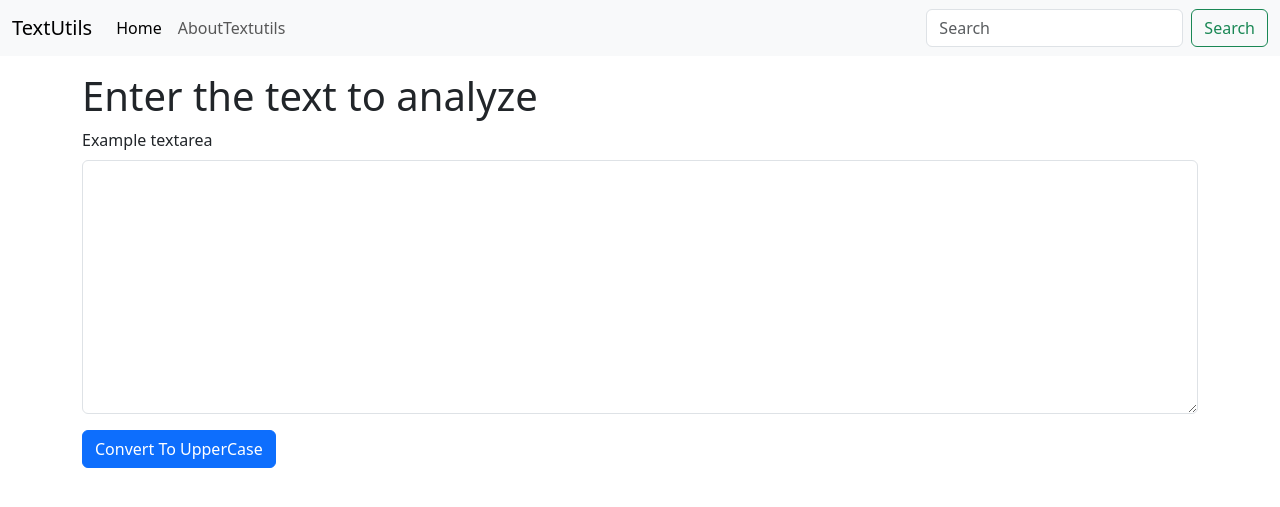
Repository: Rohit-foryou/Text-Utils
Page: /
An editor plug-in stored every save of this project. The page is shown before and after the next save, followed by the edit.
The browser window is 1280 px wide. The pictures show the whole page.
The project was rebuilt for these pictures with package versions that can differ from the ones it lists, and the page was loaded fresh each time. Also part of the build but not shown: src/index.css, src/App.css.

Above is the page before, as saved 2023-12-20 20:44:51.

### public/index.html
<!DOCTYPE html>
<html lang="en">
  <head>
    <meta charset="utf-8" />
    <link rel="icon" href="%PUBLIC_URL%/favicon.ico" />
    <meta name="viewport" content="width=device-width, initial-scale=1" />
    <meta name="theme-color" content="#000000" />
    <meta
      name="description"
      content="Web site created using create-react-app"
    />
    <link rel="apple-touch-icon" href="%PUBLIC_URL%/logo192.png" />
    <link rel="manifest" href="%PUBLIC_URL%/manifest.json" />

    <!-- Bootstrap CSS -->
    <link href="https://cdn.jsdelivr.net/npm/bootstrap@5.3.2/dist/css/bootstrap.min.css" rel="stylesheet" integrity="sha384-T3c6CoIi6uLrA9TneNEoa7RxnatzjcDSCmG1MXxSR1GAsXEV/Dwwykc2MPK8M2HN" crossorigin="anonymous">

    <title>React App</title>
  </head>
  <body>
    <noscript>You need to enable JavaScript to run this app.</noscript>
    <div id="root"></div>

    <script src="https://cdn.jsdelivr.net/npm/bootstrap@5.3.2/dist/js/bootstrap.bundle.min.js" integrity="sha384-C6RzsynM9kWDrMNeT87bh95OGNyZPhcTNXj1NW7RuBCsyN/o0jlpcV8Qyq46cDfL" crossorigin="anonymous"></script>
  </body>
</html>

### src/App.js
import "./App.css";
import Navbar from "./components/Navbar";
import TextForm from "./components/TextForm";


function App() {
  return (
    <>
      <Navbar title = "TextUtils" aboutText = "AboutTextutils"/>
      <div className="container my-3">
      <TextForm heading = "Enter the text to analyze"/>
      </div>
    </>
  );
}

export default App;

### src/components/Navbar.js
import React from 'react'
import PropTypes from 'prop-types'


export default function Navbar(props) {
  return (
    <nav className="navbar navbar-expand-lg bg-body-tertiary">
        <div className="container-fluid">
          <a className="navbar-brand" href="/">{props.title}</a>
          <button className="navbar-toggler" type="button" data-bs-toggle="collapse" data-bs-target="#navbarSupportedContent" aria-controls="navbarSupportedContent" aria-expanded="false" aria-label="Toggle navigation">
            <span className="navbar-toggler-icon"></span>
          </button>
          <div className="collapse navbar-collapse" id="navbarSupportedContent">
            <ul className="navbar-nav me-auto mb-2 mb-lg-0">
              <li className="nav-item">
                <a className="nav-link active" aria-current="page" href="/">Home</a>
              </li>
              <li className="nav-item">
                <a className="nav-link" href="/">{props.aboutText}</a>
              </li>
            </ul>
            <form className="d-flex" role="search">
              <input className="form-control me-2" type="search" placeholder="Search" aria-label="Search"/>
              <button className="btn btn-outline-success" type="submit">Search</button>
            </form>
          </div>
        </div>
      </nav>
  )
}

Navbar.propTypes = {title: PropTypes.string.isRequired,
                     AboutText: PropTypes.string.isRequired}

// Navbar.defaultProps = {
//     title: 'write title',
//     aboutText: 'About',
// }

### src/components/TextForm.js
import React from 'react'

export default function TextForm(props) {
  return (
    <div>
        <h1>{props.heading}</h1>
        <div className="mb-3">
        <label for="myBox" className="form-label">Example textarea</label>
        <textarea className="form-control" id="myBox" rows="10"></textarea>
        </div>
        <button className="btn btn-primary">Convert To UpperCase</button>
    </div>
  )
}

Loaded but not shown: src/index.js (common file); src/reportWebVitals.js (common file)

After the next save:
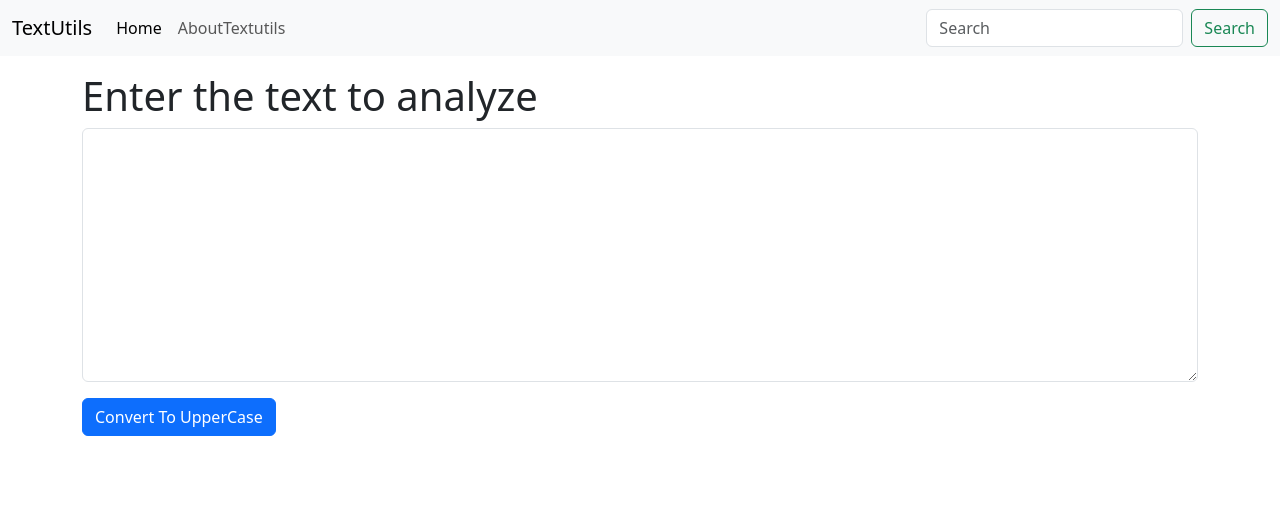
Saved 51 s later.
--- a/src/components/TextForm.js
+++ b/src/components/TextForm.js
@@ -5,7 +5,6 @@ export default function TextForm(props) {
     <div>
         <h1>{props.heading}</h1>
         <div className="mb-3">
-        <label for="myBox" className="form-label">Example textarea</label>
         <textarea className="form-control" id="myBox" rows="10"></textarea>
         </div>
         <button className="btn btn-primary">Convert To UpperCase</button>
